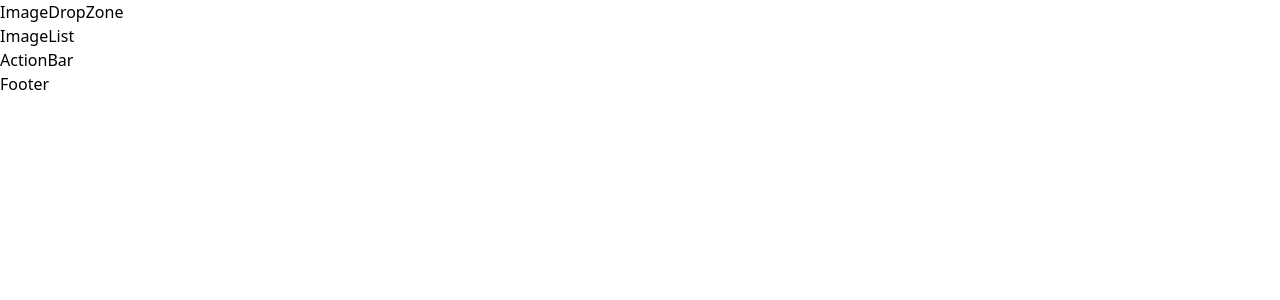
Repository: Cozmoss/TFE_IFAPME
Page: /
These files come from the project's save history. The page is drawn as it stood at one moment and after a run of saves; the edit follows.
The browser window is 1280 px wide. The pictures show the whole page.
The project was rebuilt for these pictures with package versions that can differ from the ones it lists, and the page was loaded fresh each time. Also part of the build but not shown: vite.config.js.

Above is the page before, as saved 2026-04-12 12:01:38.

### index.html
<!doctype html>
<html lang="en">
  <head>
    <meta charset="UTF-8" />
    <link rel="icon" type="image/svg+xml" href="/favicon.svg" />
    <meta name="viewport" content="width=device-width, initial-scale=1.0" />
    <title>pixmerge</title>
  </head>
  <body>
    <div id="root"></div>
    <script type="module" src="/src/main.jsx"></script>
  </body>
</html>

### src/main.jsx
import { StrictMode } from 'react'
import { createRoot } from 'react-dom/client'
import './index.css'
import App from './App.jsx'
import ImageProvider from './context/imageContext.jsx'

createRoot(document.getElementById('root')).render(
  <StrictMode>
    <ImageProvider>
        <App />
    </ImageProvider>
  </StrictMode>,
)

### src/App.jsx
import Header from './components/Header.jsx'
import ImageDropZone from './components/ImageDropZone.jsx'
import ImageList from './components/ImageList.jsx'
import ActionBar from './components/ActionBar.jsx'
import Footer from './components/Footer.jsx'

function App() {

  return (
		<>
            <Header />
            <main>
                <ImageDropZone />
                <ImageList />
                <ActionBar />
            </main>
            <Footer />
		</>
  );
}

export default App

### src/context/imageContext.jsx
import { createContext, useState, useContext } from 'react'

const ImageContext = createContext()


export default function ImageProvider({ children }) {
  const [images, setImages] = useState([])

  return (
    <ImageContext.Provider value={{ images, setImages }}>
      {children}
    </ImageContext.Provider>

  )

}

export function useImages() {
  return useContext(ImageContext)
}

### src/components/Header.jsx
import React from 'react'

export default function Header() {
  return (
    <header>
        <div className="flex justify-between items-center ">

        </div>
    </header>
  )
}

### src/components/ImageDropZone.jsx
import React from 'react'

export default function ImageDropZone() {
  return (
    <div>ImageDropZone</div>
  )
}

### src/components/ImageList.jsx
import React from 'react'

export default function ImageList() {
  return (
    <div>ImageList</div>
  )
}

### src/components/ActionBar.jsx
import React from 'react'

export default function ActionBar() {
  return (
    <div>ActionBar</div>
  )
}

Loaded but not shown: src/index.css (common file); src/components/Footer.jsx (common file)

After the next 2 saves:
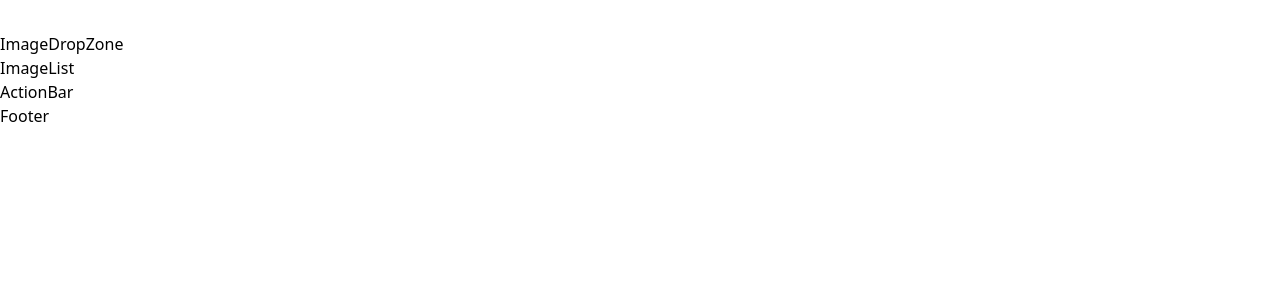
The 2 saves are shown as one change because they came seconds apart.
The last was saved 7 s later.
--- a/src/components/Header.jsx
+++ b/src/components/Header.jsx
@@ -3,7 +3,7 @@ import React from 'react'
 export default function Header() {
   return (
     <header>
-        <div className="flex justify-between items-center ">
+        <div className="flex justify-between items-center py-4">
 
         </div>
     </header>
